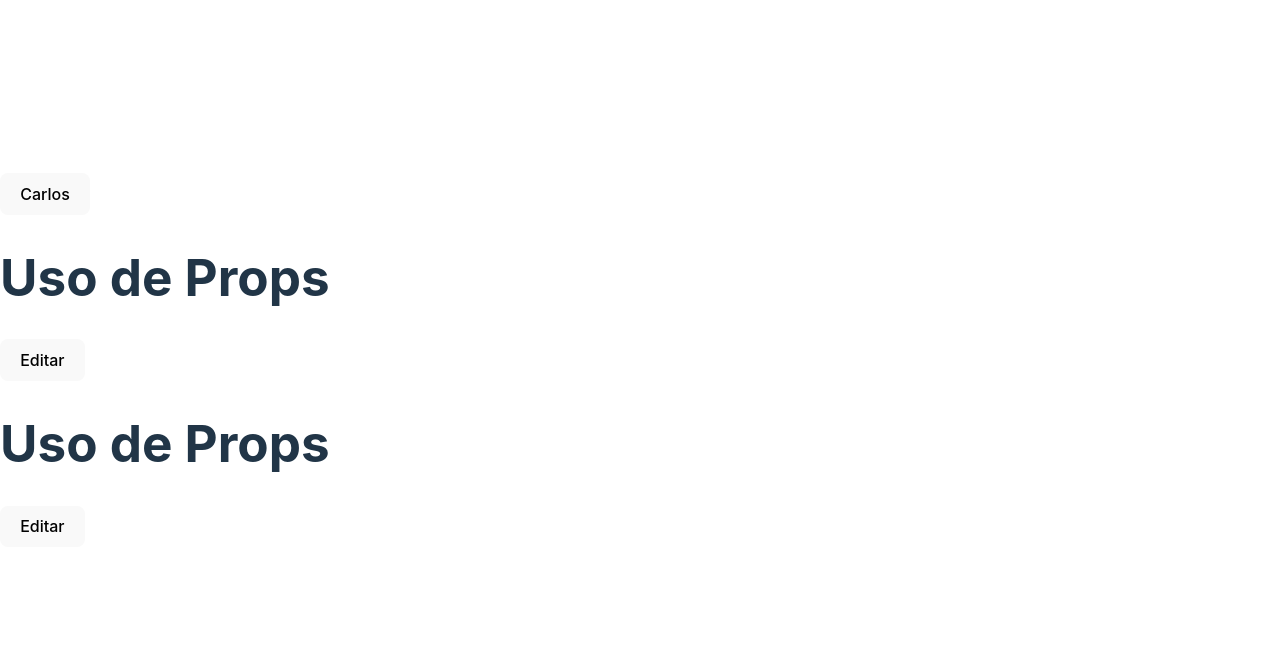
Repository: ikabeee/shopping-car
Page: /
The author's editor kept a copy of each file at every save. The page is drawn from the files as they stood at one save, then again after a run of saves.
The browser window is 1280 px wide. The pictures show the whole page.
The project was rebuilt for these pictures with package versions that can differ from the ones it lists, and the page was loaded fresh each time. Also part of the build but not shown: vite.config.ts.

Above is the page before, as saved 2024-10-17 14:52:34.

### index.html
<!doctype html>
<html lang="en">
  <head>
    <meta charset="UTF-8" />
    <link rel="icon" type="image/svg+xml" href="/vite.svg" />
    <meta name="viewport" content="width=device-width, initial-scale=1.0" />
    <title>Carrito de Compras</title>
  </head>
  <body>
    <div id="root"></div>
    <script type="module" src="/src/main.tsx"></script>
  </body>
</html>

### src/App.tsx

//Importar los estilos de bootstrap
import 'bootstrap/dist/css/bootstrap-grid.min.css'
import Button from './components/Button'
import ButtonProps from './components/ButtonProps'

function App() {


  return (
    <>

    <Button/>
    <ButtonProps description='Editar' disabled={false} style='ntn btn-primary'/>
    <ButtonProps description='Editar' disabled={false} style='ntn btn-primary'/>
    </>
  )
}

export default App

### src/components/Button.tsx
import { useState } from "react"

const Button=()=>{
    const [nameStudent, setNameStudent] = /*Hook*/useState('Carlos');
    const showNameStudent = () =>{
        setNameStudent('Sebastián')
    }
    return(
        <>
        {/*<>Main Tags</> */}

        <button type="button" className="btn btn-primary" onClick={showNameStudent}> {nameStudent}</button>
        </>
    )
}

export default Button

### src/components/ButtonProps.tsx
/*Mediante interfaces podrás asignar caracteristicas dinamicas en el componente*/
interface ButtonProps{
    /*Attributos que los componentes pueden cambiar*/
    description:string,
    disabled:boolean,
    style:string,

}
const ButtonProps = ({description, disabled, style}:ButtonProps) => {
    /*description está recibiendo los tipos de datos que está recibiendo el componente*/
    return (
        <>
        <h1>Uso de Props</h1>
        <button className={style} disabled={disabled}>{description}</button>
        </>

    )
}

export default ButtonProps

Loaded but not shown: src/main.tsx (common file); src/index.css (common file)

After the next 7 saves:
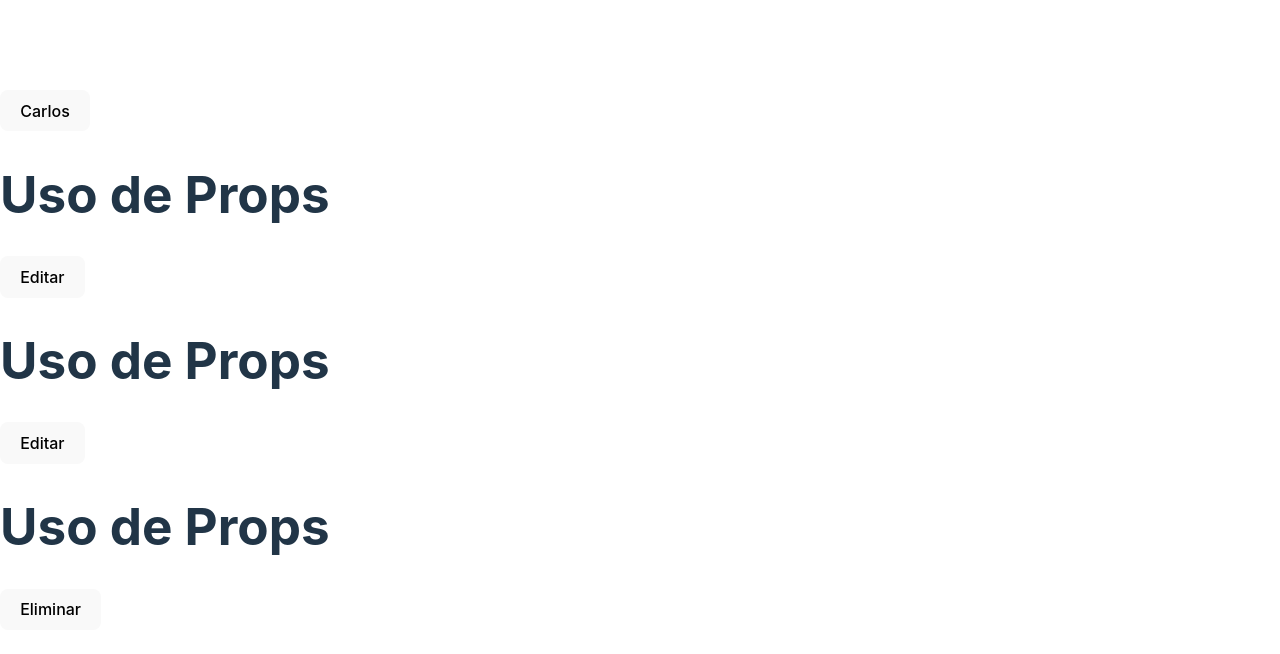
The 7 saves are shown as one change because they came seconds apart.
The last was saved 21 s later.
--- a/src/App.tsx
+++ b/src/App.tsx
@@ -12,7 +12,8 @@ function App() {
 
     <Button/>
     <ButtonProps description='Editar' disabled={false} style='ntn btn-primary'/>
-    <ButtonProps description='Editar' disabled={false} style='ntn btn-primary'/>
+    <ButtonProps description='Editar' disabled={false} style='ntn btn-secondary'/>
+    <ButtonProps description='Eliminar' disabled={false} style='ntn btn-danger'/>
     </>
   )
 }
